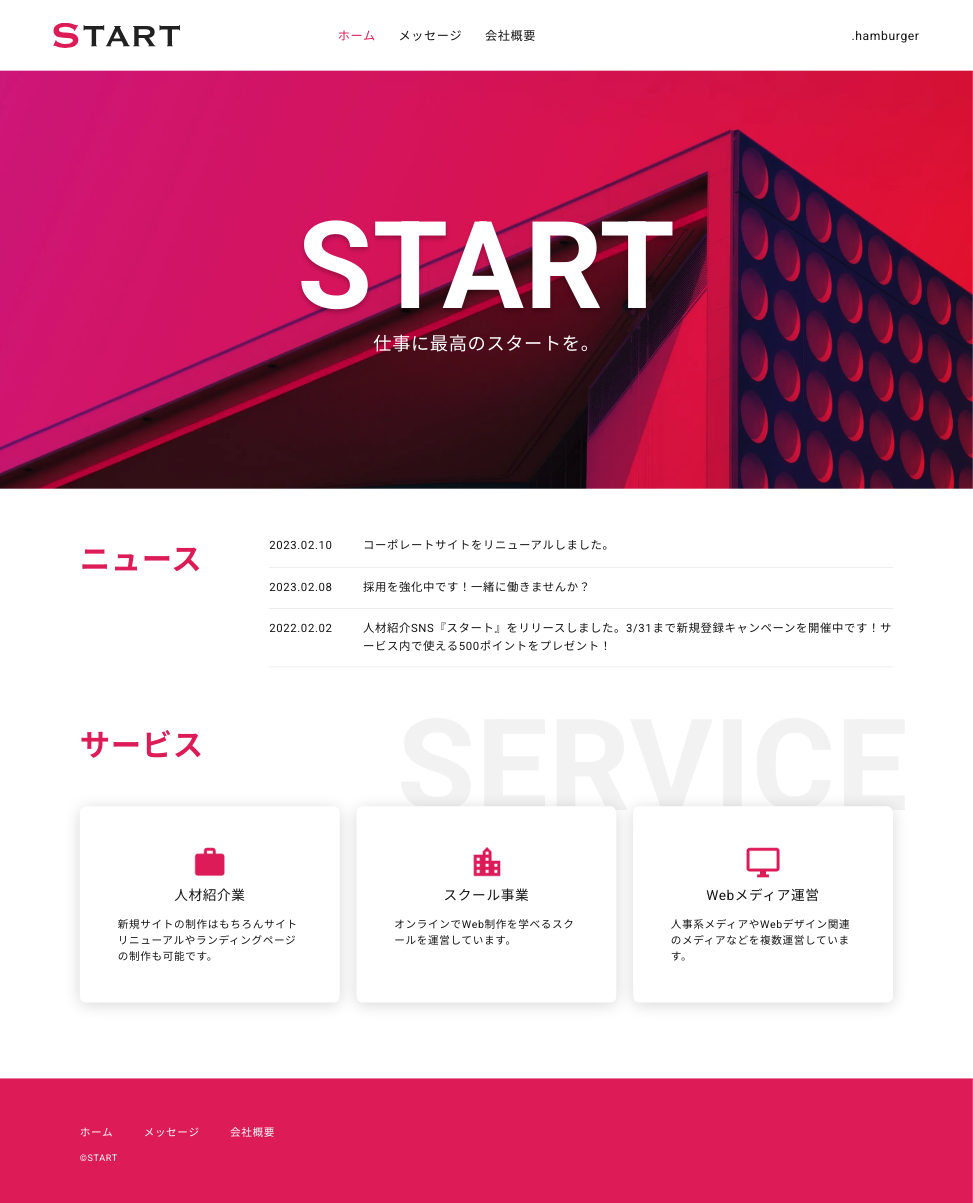
Repository: tetishi/tetishi.github.io
Page: index.html
An editor plug-in stored every save of this project. The page is shown before and after a run of saves, followed by the edit.
The browser window is 1280 px wide. The pictures show the whole page, at 76% of full size.

Above is the page before, as saved 2023-07-17 16:39:01.

After the next 2 saves:
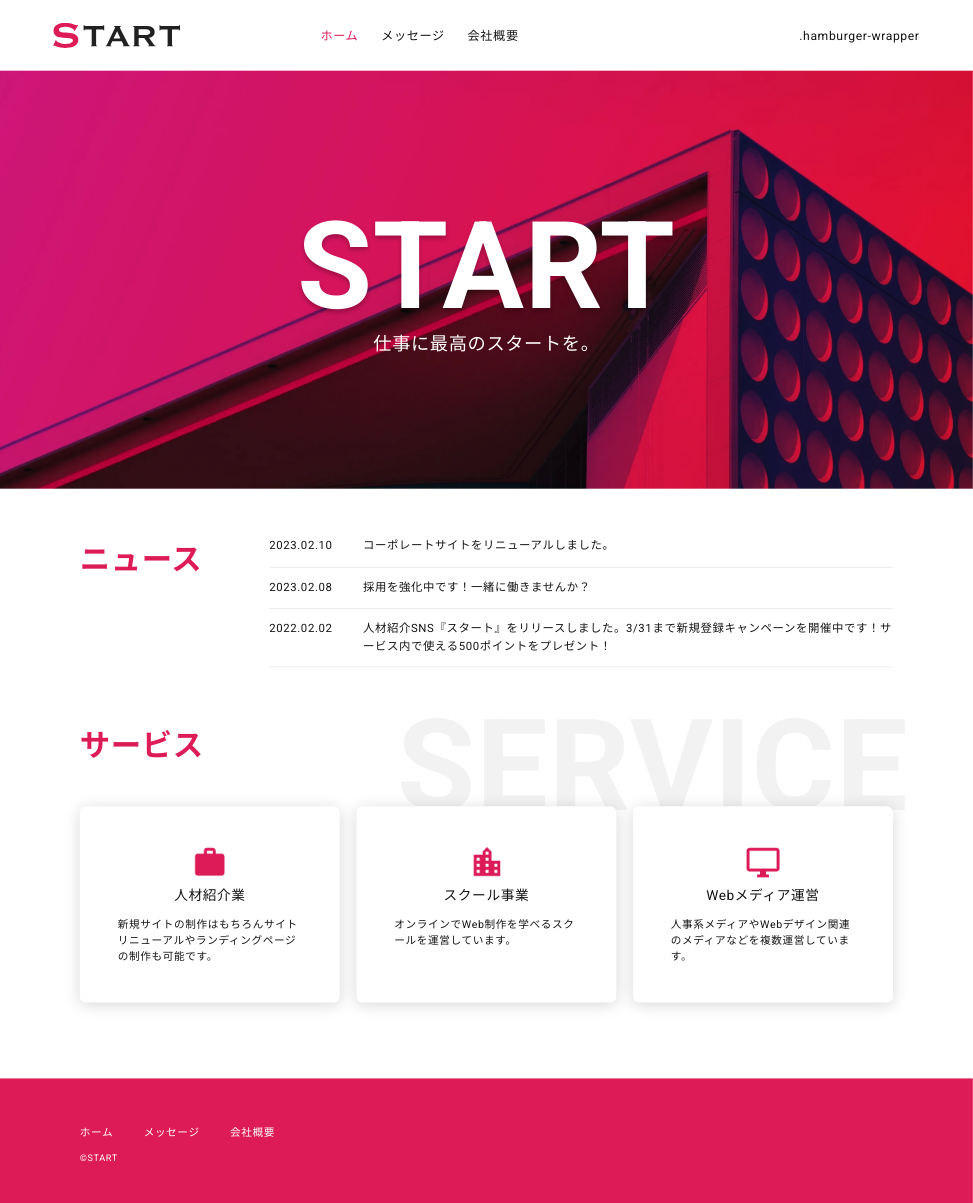
The 2 saves are shown as one change because they came seconds apart.
The last was saved 6 s later.
--- a/index.html
+++ b/index.html
@@ -36,7 +36,7 @@
                 </ul>
             </nav>
             <div class="overlay"></div>
-            .hamburger
+            .hamburger-wrapper
             <button class="hamburger-btn">
                 <span class="bar bar_top"></span>
                 <span class="bar bar_mid"></span>
